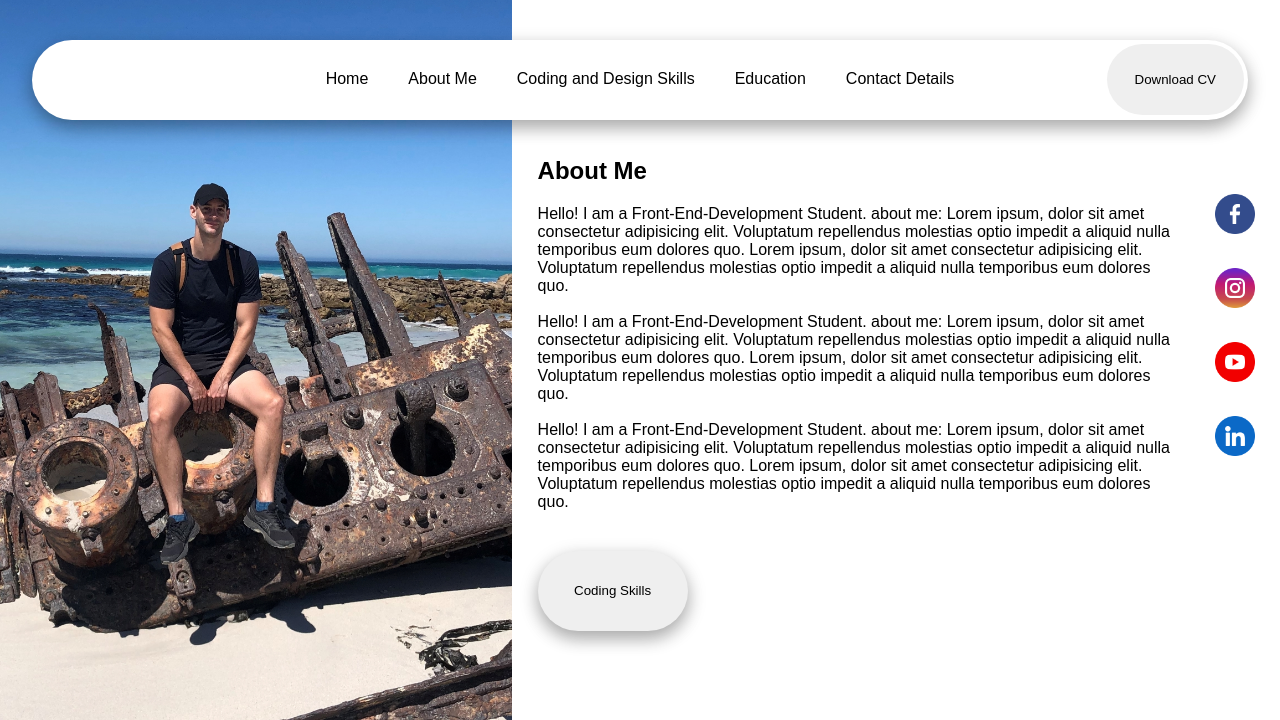
Repository: WesleyErasmus/MyDigitalResume-4
Page: about.html
The author's editor kept a copy of each file at every save. The page is drawn from the files as they stood at one save, then again after the next save.
The browser window is 1280 px wide. The pictures show the whole page.

Above is the page before, as saved 2022-02-20 19:29:47.

After the next save:
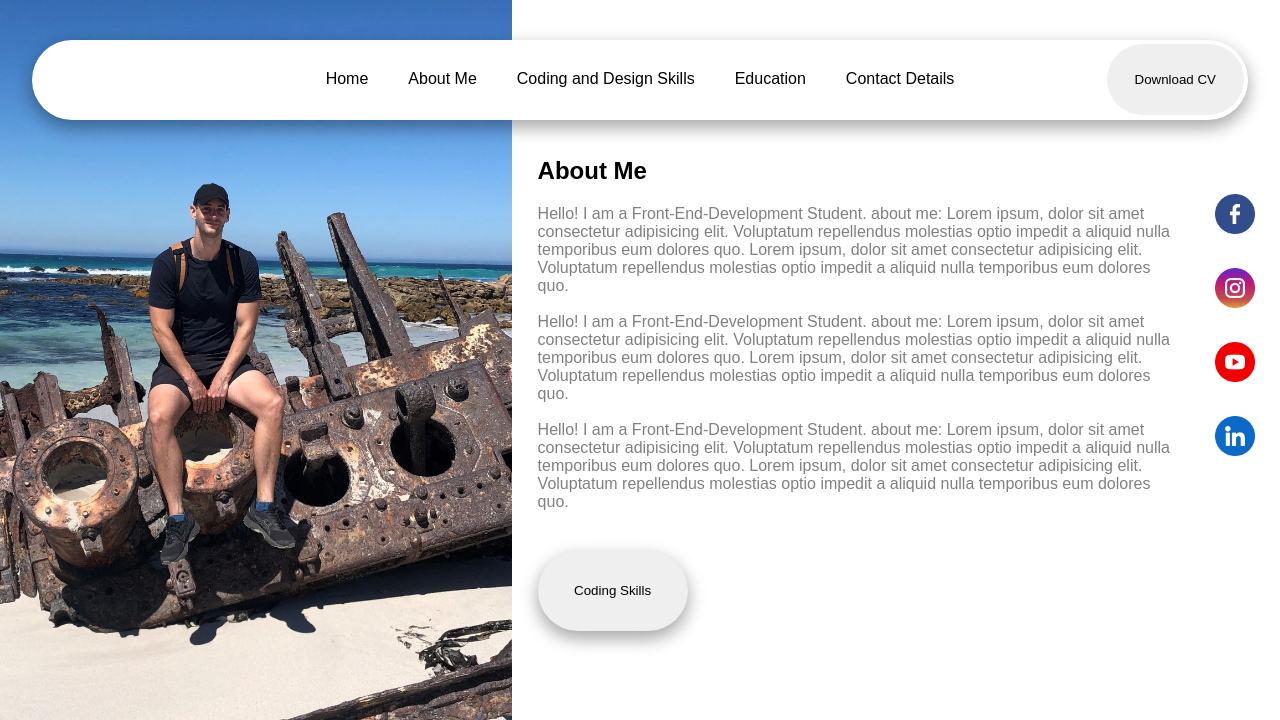
Saved 19 s later.
--- a/about.css
+++ b/about.css
@@ -73,7 +73,9 @@ ul.social-media-links{
     margin-bottom: 30px;
     list-style-type: none;
 }
-
+.social-media-links img:hover {
+    transform: scale(1.3);
+}
 article {
     width: 50%;
     left: 41%;
@@ -86,7 +88,7 @@ h1#title {
     margin-bottom: 20px;
 }
 .about-me p {
-    /* color: gray; */
+    color: gray;
 }
 button.next-page {
     margin-top: 40px;
